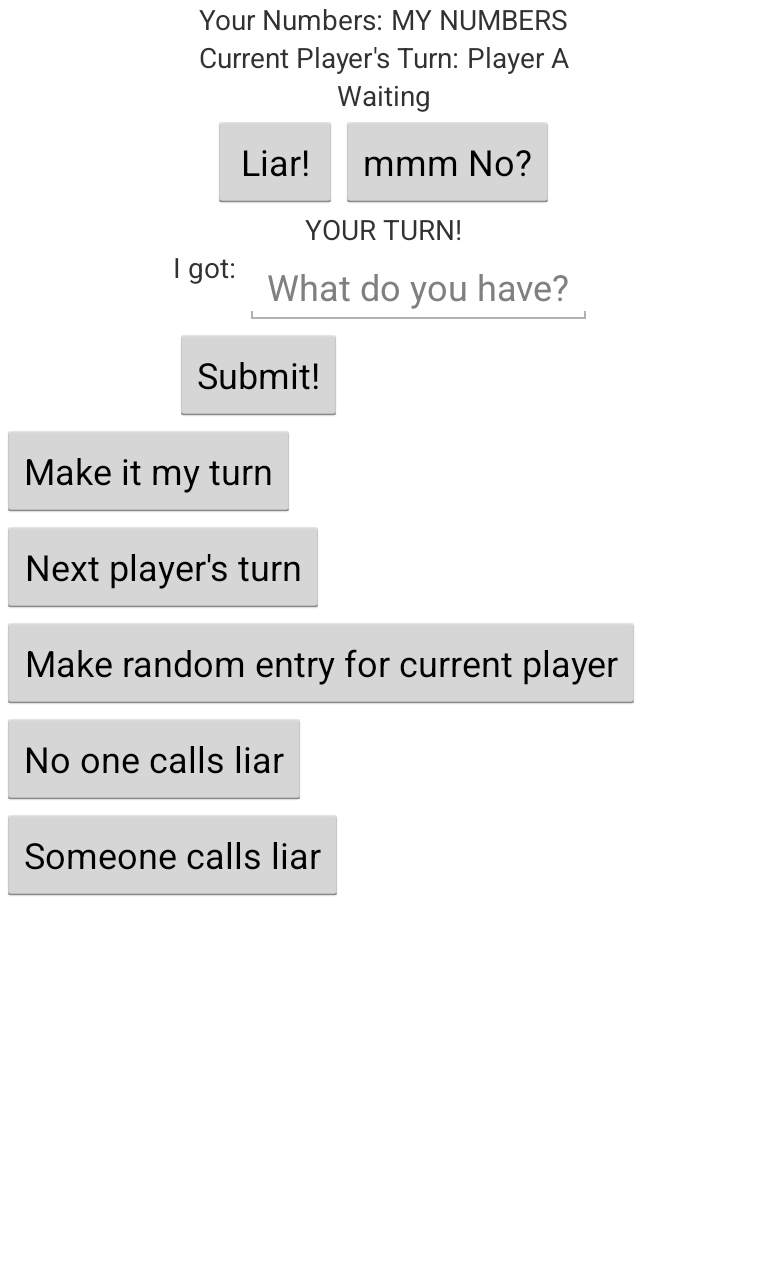
Repository: RayyLim/LiarPoker
Layout: LiarPoker/res/layout/gameroom_main.xml
An editor plug-in stored every save of this project. The layout is shown before and after the next save, followed by the edit.
It is drawn on a 768 x 1280 px phone screen (xhdpi) without system bars, with theme AppTheme; the app's code is not run.

Above is the layout before, as saved 2012-07-22 10:04:17.

After the next save:
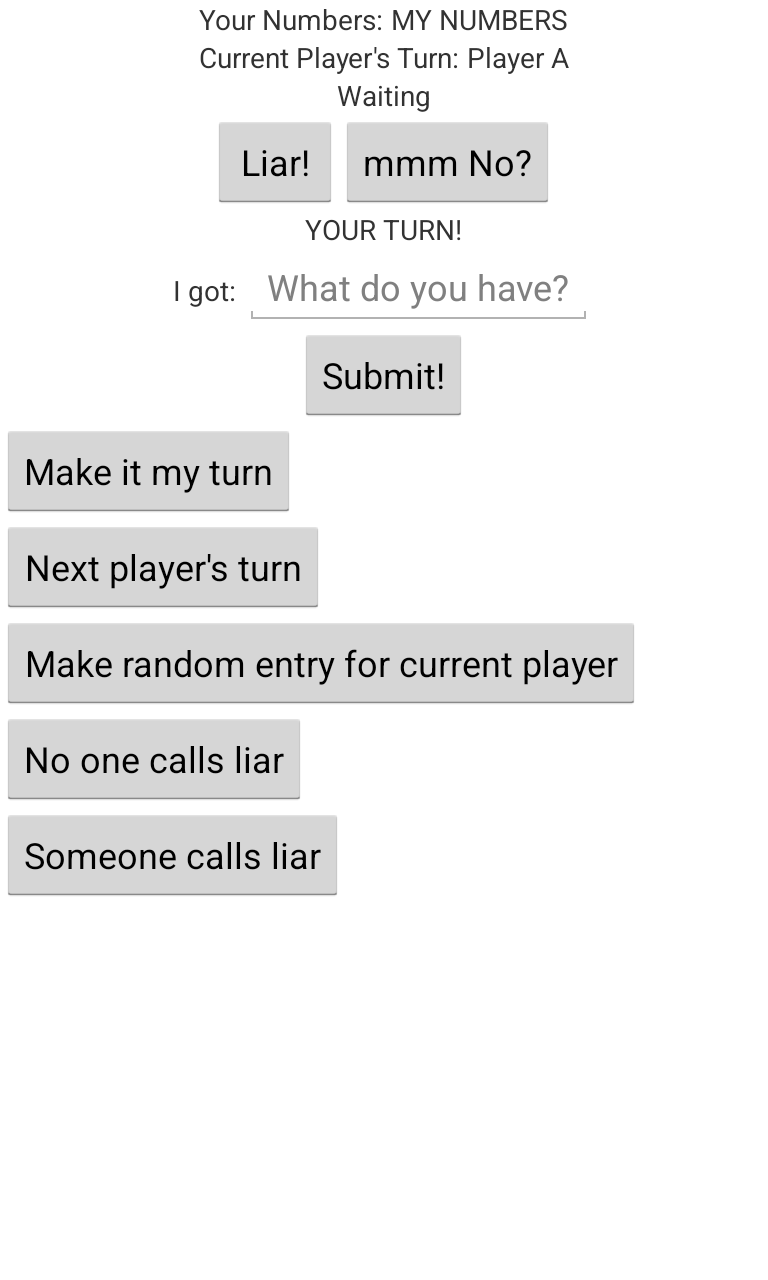
Saved 75 s later.
--- a/LiarPoker/res/layout/gameroom_main.xml
+++ b/LiarPoker/res/layout/gameroom_main.xml
@@ -73,17 +73,17 @@
 				<LinearLayout
 	    android:layout_width="wrap_content"
 	    android:layout_height="wrap_content"
+	    android:layout_gravity="center_horizontal"
 	    android:orientation="horizontal" >
 			<TextView
 			android:layout_width="wrap_content" android:layout_height="wrap_content"
-			android:layout_gravity="center_horizontal"
+
 			android:text="I got: " />
 
 			<EditText android:id="@+id/igot"
         android:layout_weight="1"
         android:layout_width="wrap_content"
         android:layout_height="wrap_content"
-        android:layout_gravity="center_horizontal"
         android:hint="@string/igot_message" />
 <!-- Make i got extend all the way. Also make it only take number inputs ... actually should be more restricted... 4 of 9 or something like that. Also need to make your turn stuff disappear when not my turn... -->
 <!--  submit button should not be enabled.. until edit text is filled out... -->
@@ -92,6 +92,7 @@
 			    android:id="@+id/submitButton"
 			    android:layout_width="wrap_content"
 			    android:layout_height="wrap_content"
+			    android:layout_gravity="center_horizontal"
 			    android:text="Submit!"
 			    android:onClick="submit"/>
 	</LinearLayout>
